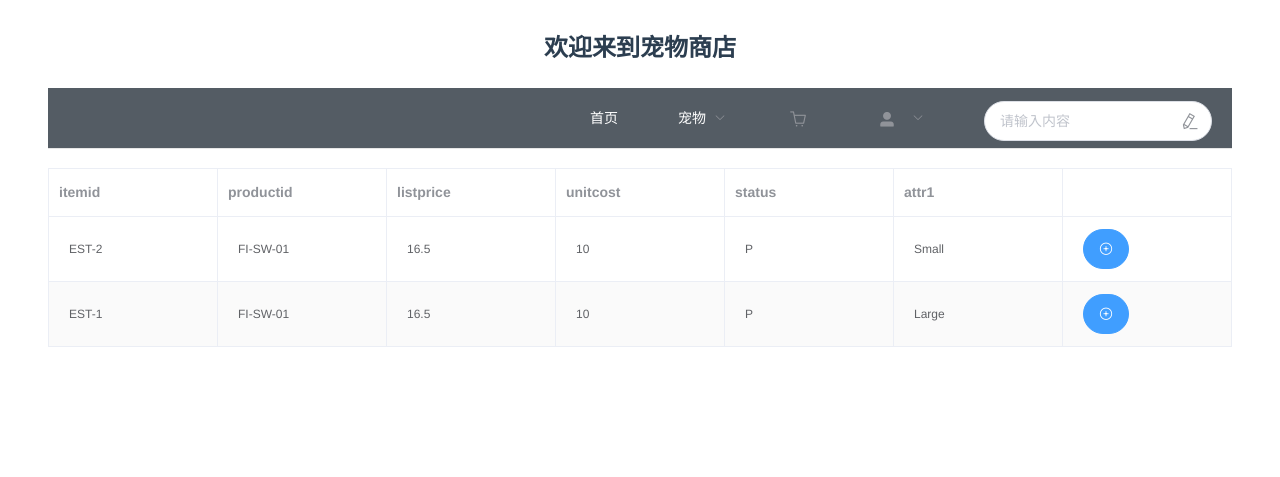
Repository: BreezeDoudou/hellovue
Page: /itemForm
The author's editor kept a copy of each file at every save. The page is drawn from the files as they stood at one save, then again after the next save.
The browser window is 1280 px wide. The pictures show the whole page.
The page's requests for data from a server got no answer. An inner scrolling area shows only its first screen. The project was rebuilt for these pictures with package versions that can differ from the ones it lists, and the page was loaded fresh each time. No one was signed in, and anything a server would have sent is missing. Also part of the build but not shown: src/components/HelloWorld.vue, src/components/account/selfaccount.vue, src/components/account/editForm.vue, src/components/appcomonents/main.vue, src/components/appcomonents/productForm.vue, src/components/account/test1.vue, src/components/appcomonents/cart.vue, src/components/appcomonents/order.vue. Imported but missing from the stored project, and not drawn on this page: src/components/appcomonents/menu.vue.

Above is the page before, as saved 2023-05-18 23:02:37.

After the next save:
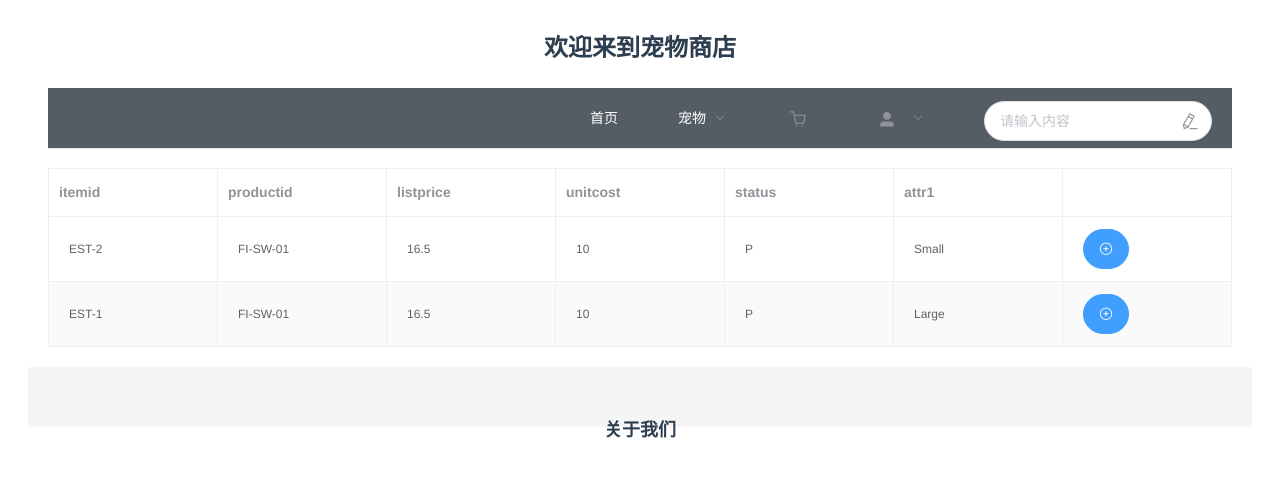
Saved 15 min 0 s later.
--- a/src/views/index.vue
+++ b/src/views/index.vue
@@ -35,7 +35,37 @@
       <router-view :key="key">
       </router-view>
     </el-main>
+    <!-- 底部组件 -->
+    <el-footer class="footer">
+    <div class="about-us">
+      <h3>关于我们</h3>
+      <p>我们是一家致力于提供宠物销售、医疗、配种和培训等服务的专业团队。</p>
+      <p>如有任何需要帮助您的地方，请联系我们：</p>
+      <p><i class="el-icon-phone"></i>&nbsp;&nbsp;电话：021-12345678</p>
+      <p><i class="el-icon-message"></i>&nbsp;&nbsp;邮箱：support@petstore.com</p>
+    </div>
+    <div class="related-links">
+      <h3>友情链接</h3>
+      <a href="#">宠物饲养常见问题解答</a>
+      <a href="#">怎样与你的猫搭上线？</a>
+      <a href="#">不可错过的汪星人社群</a>
+      <a href="#">宠物药品咨询平台</a>
+    </div>
+    <div class="follow-us">
+      <h3>关注我们</h3>
+      <p>加入我们的社交圈，与其他爱宠人士分享你的心得体会！</p>
+      <div class="social-media-icons">
+        <i class="el-icon-s-promotion"></i>
+        <i class="el-icon-s-help"></i>
+        <i class="el-icon-s-opportunity"></i>
+        <i class="el-icon-s-flag"></i>
+        <i class="el-icon-s-more"></i>
+      </div>
+    </div>
+  </el-footer>
   </el-container>
+
+
 </template>
 <script>
 import search from '../components/appcomonents/test.vue'
@@ -93,4 +123,50 @@ export default {
 .el-menu-demo .el-submenu {
   margin-left: 0px; /* 调整元素之间的间距 */
 }
+.footer {
+  background-color: #f5f5f5;
+  padding-top: 30px;
+  padding-bottom: 30px;
+}
+
+.about-us,
+.related-links,
+.follow-us {
+  flex: 1;
+}
+
+.about-us h3,
+.related-links h3,
+.follow-us h3 {
+  font-size: 18px;
+  font-weight: bold;
+  margin-bottom: 10px;
+}
+
+.about-us p {
+  font-size: 14px;
+  color: #666;
+  margin-bottom: 5px;
+}
+
+.related-links a {
+  display: block;
+  margin-bottom: 5px;
+}
+
+.social-media-icons {
+  display: flex;
+  justify-content: space-between;
+  align-items: center;
+  margin-top: 20px;
+}
+.social-media-icons i {
+  font-size: 24px;
+  color: #00baff;
+  cursor: pointer;
+  margin-right: 10px;
+}
+.social-media-icons i:last-child {
+  margin-right: 0;
+}
 </style>
